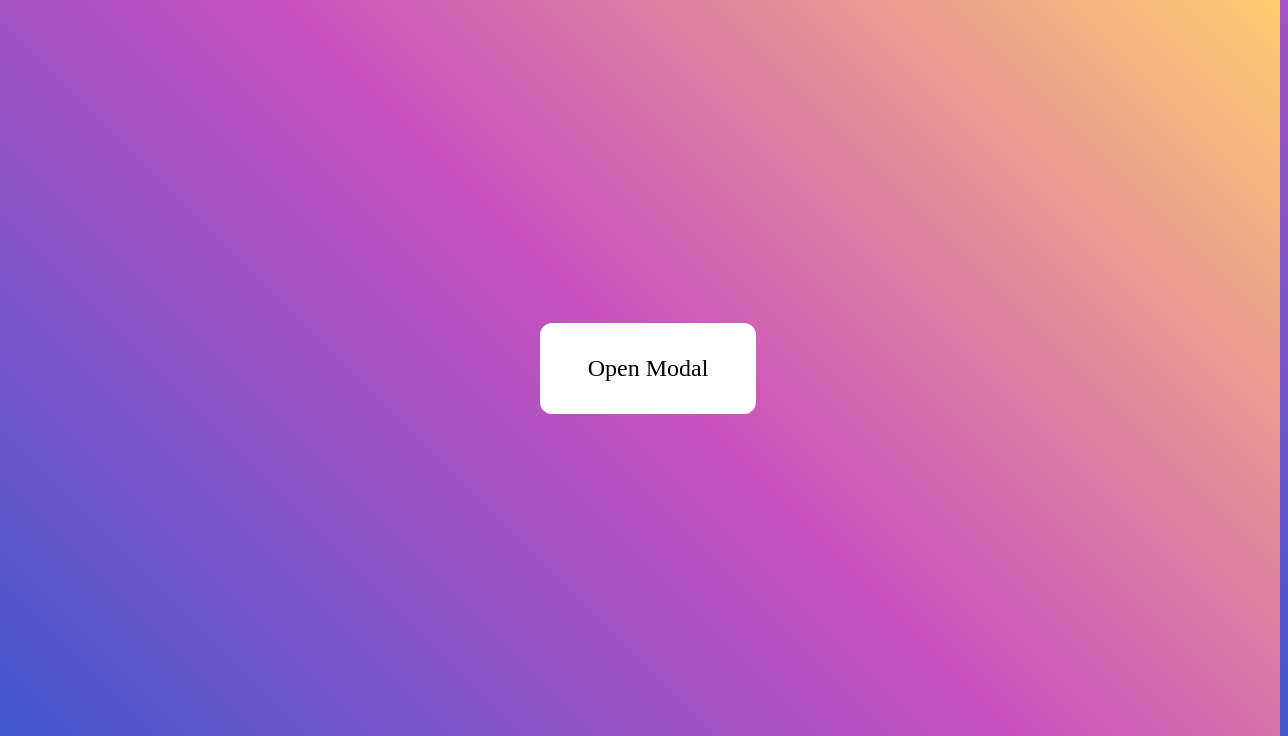
Repository: HoanTiny/30projects-30day
Page: Day 3/index.html
An editor plug-in stored every save of this project. The page is shown before and after the next save, followed by the edit.
The browser window is 1280 px wide. The page is 1288 px wide, so the pictures cover 1288 px, including what lies to the right of the window. The pictures show the whole page.
Some web libraries are served in a nearby version.

Above is the page before, as saved 2021-12-01 15:50:12.

### Day 3/index.html
<!DOCTYPE html>
<html lang="en">
    <head>
        <meta charset="UTF-8" />
        <meta http-equiv="X-UA-Compatible" content="IE=edge" />
        <meta name="viewport" content="width=device-width, initial-scale=1.0" />
        <title>Day 2</title>
        <link
            rel="stylesheet"
            href="https://use.fontawesome.com/releases/v5.13.0/css/all.css"
            integrity="sha384-Bfad6CLCknfcloXFOyFnlgtENryhrpZCe29RTifKEixXQZ38WheV+i/6YWSzkz3V"
            crossorigin="anonymous"
        />
        <link rel="stylesheet" href="./styles.css" />
    </head>
    <body>
        <div class="btn">Open Modal</div>
        <script src="./js.js"></script>
    </body>
</html>

### Day 3/styles.css
body {
    background-image: linear-gradient(45deg, rgb(65, 88, 208) 0%, rgb(200, 80, 192) 50%, rgb(255, 204, 112) 100%);
    height: 100vh;
    overflow: hidden;
    width: 100%;
    display: flex;
    align-items: center;
    justify-content: center;
}

.btn {
    padding: 32px 48px;
    background-color: #fff;
    border-radius: 12px;
    font-size: 24px;
    cursor: pointer;
}

### Day 3/js.js
const buttonBtn = document.querySelector(".btn");

buttonBtn.addEventListener("click", function () {
    console.log("h");
});

After the next save:
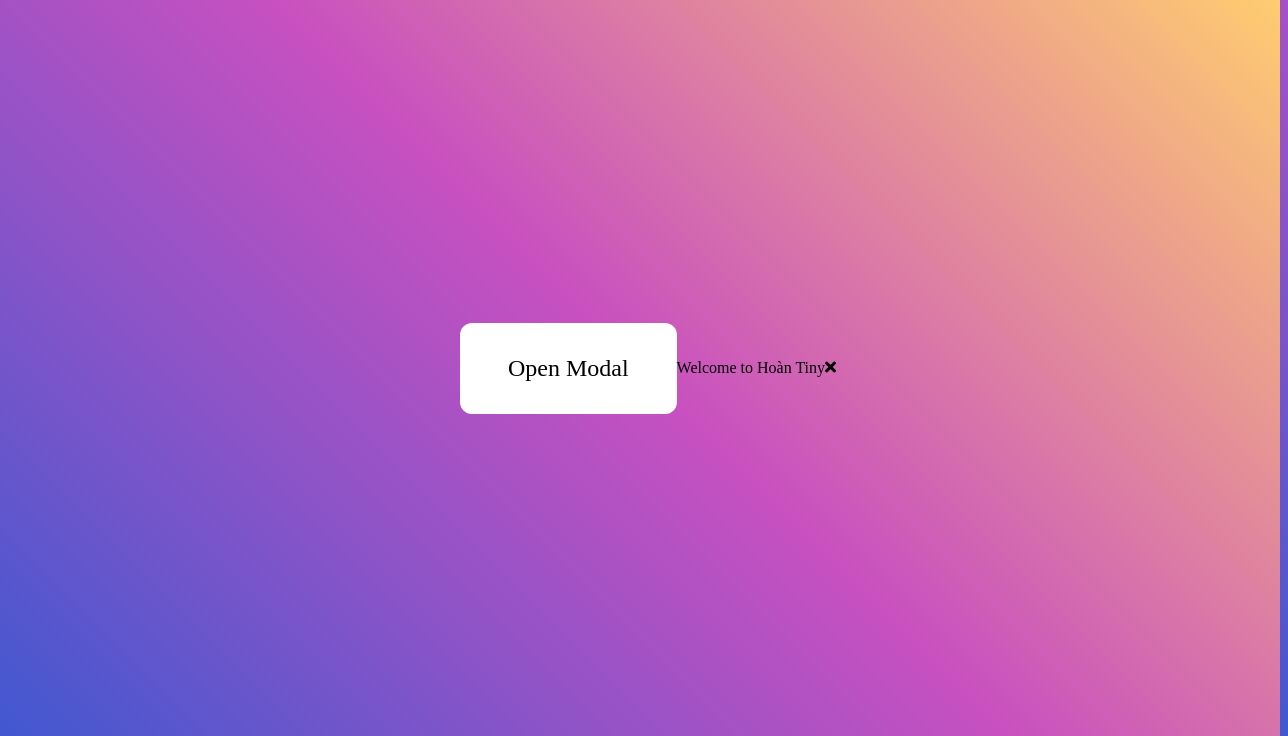
Saved 116 s later.
--- a/Day 3/index.html
+++ b/Day 3/index.html
@@ -15,6 +15,11 @@
     </head>
     <body>
         <div class="btn">Open Modal</div>
+        <div class="modal">
+            <div class="container">
+                <div class="header-modal"><span>Welcome to Hoàn Tiny</span><i class="fas fa-times"></i></div>
+            </div>
+        </div>
         <script src="./js.js"></script>
     </body>
 </html>
